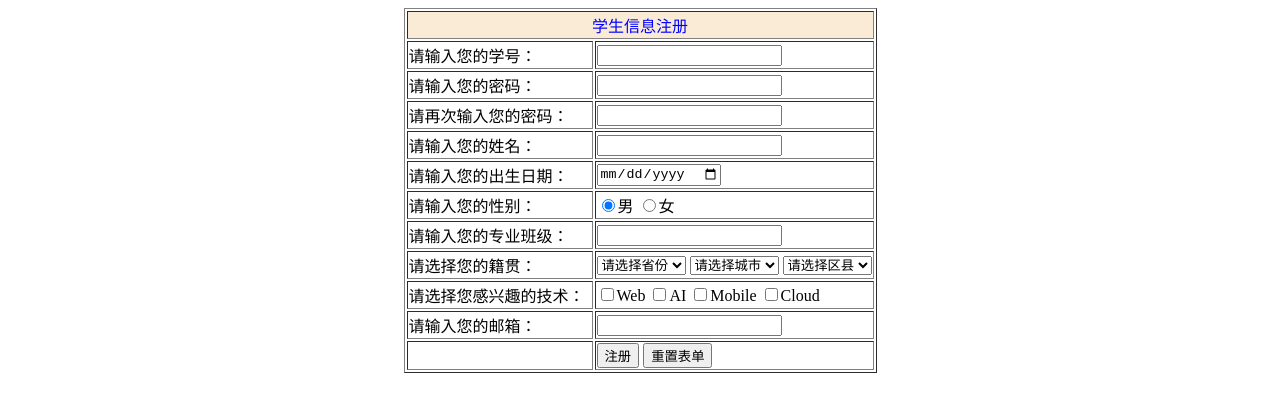
Repository: SlienceYi/webHomework
Page: 3.30作业/com.homework_0330/WebContent/register.html
An editor plug-in stored every save of this project. The page is shown before and after the next save, followed by the edit.
The browser window is 1280 px wide. The pictures show the whole page.

Above is the page before, as saved 2019-03-30 07:52:11.

After the next save:
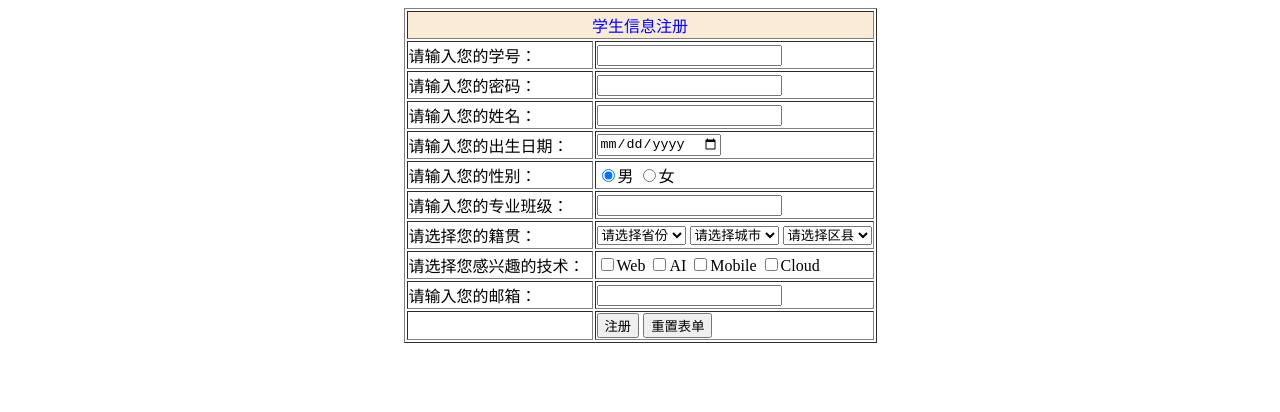
Saved 9 min 23 s later.
--- a/3.30作业/com.homework_0330/WebContent/register.html
+++ b/3.30作业/com.homework_0330/WebContent/register.html
@@ -32,6 +32,8 @@
 					<input type="password" name="password1" />
 				</td>
 			</tr>
+
+			<!--
 			<tr>
 				<td>
 					请再次输入您的密码：
@@ -40,6 +42,12 @@
 					<input type="password" name="password2"/>
 				</td>
 			</tr>
+			-->
+
+			<!--
+				再次输入密码可以搞个js进行验证，我想搞个显示打勾的图标，暂时还没很好的想法，所以先注释掉吧
+			 -->
+
 			<tr>
 				<td>
 					请输入您的姓名：
